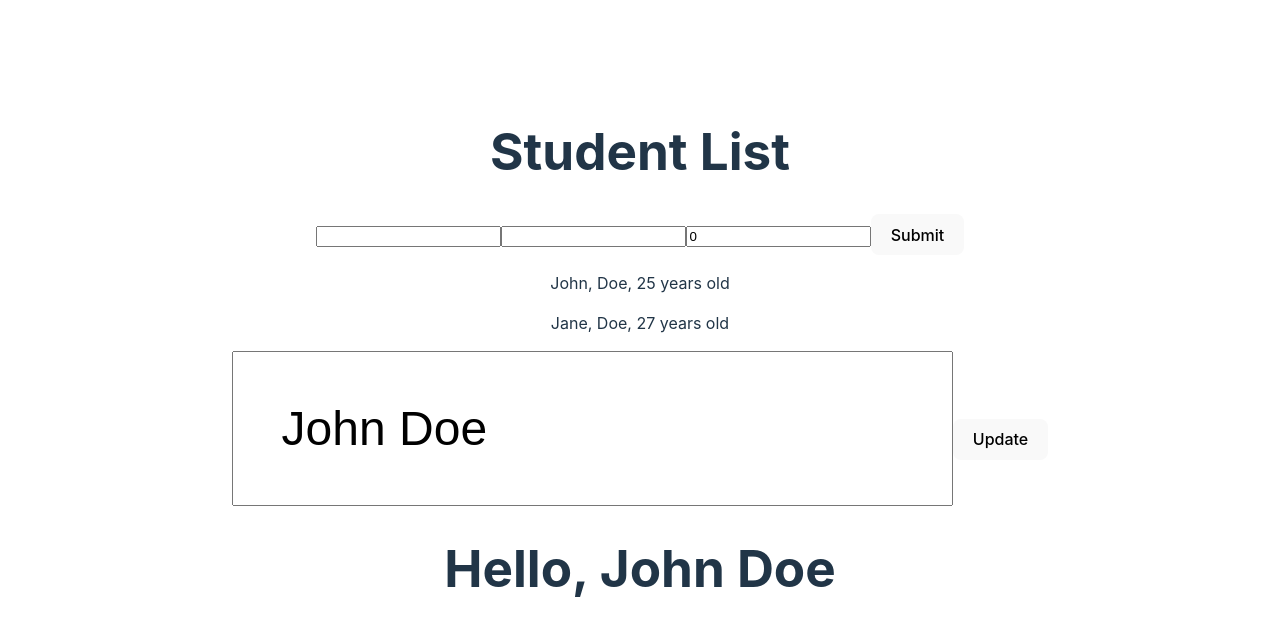
Repository: Jennica1/FRONT_END_WEEK06
Page: / (app in react/)
An editor plug-in stored every save of this project. The page is shown before and after the next save, followed by the edit.
The browser window is 1280 px wide. The pictures show the whole page.
The project was rebuilt for these pictures with package versions that can differ from the ones it lists, and the page was loaded fresh each time. Also part of the build but not shown: react/vite.config.js.

Above is the page before, as saved 2024-10-10 10:51:53.

After the next save:
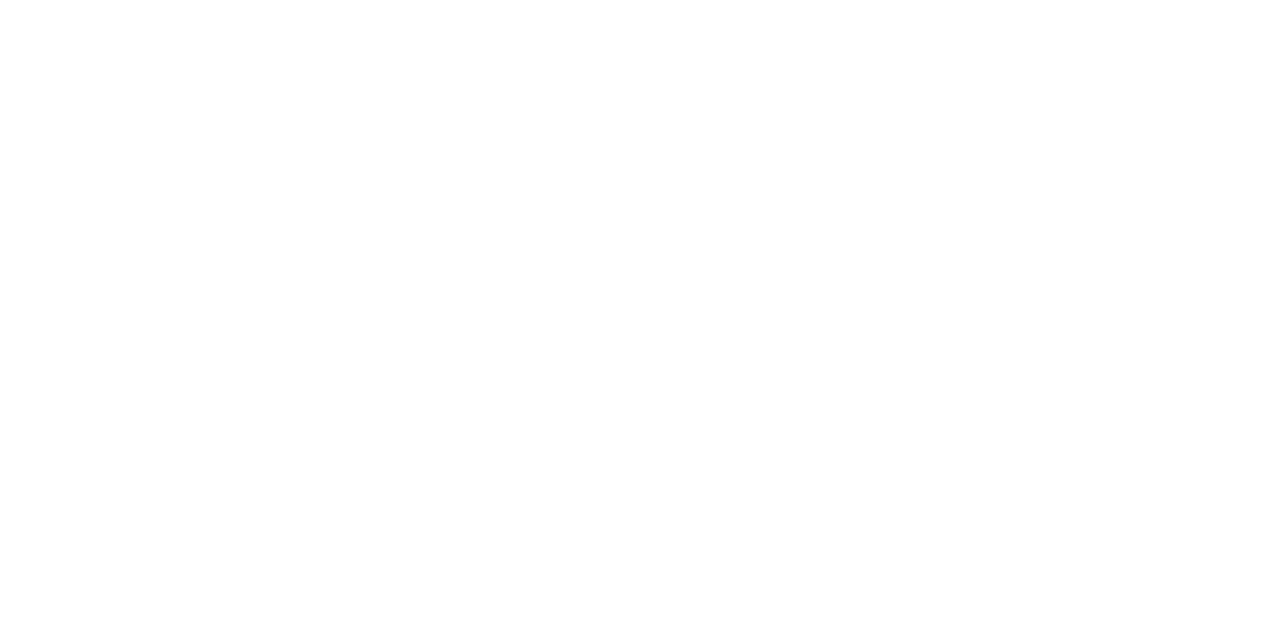
Console error: ReferenceError: TaskForm is not defined
Saved 15 s later.
--- a/react/src/App.jsx
+++ b/react/src/App.jsx
@@ -1,7 +1,8 @@
 import { useState } from 'react'
 import reactLogo from './assets/react.svg'
 import viteLogo from '/vite.svg'
-import TaskForm from './components/TaskForm';
+import './App.css'
+
 
 function App() {
 

After the 2 saves that followed:
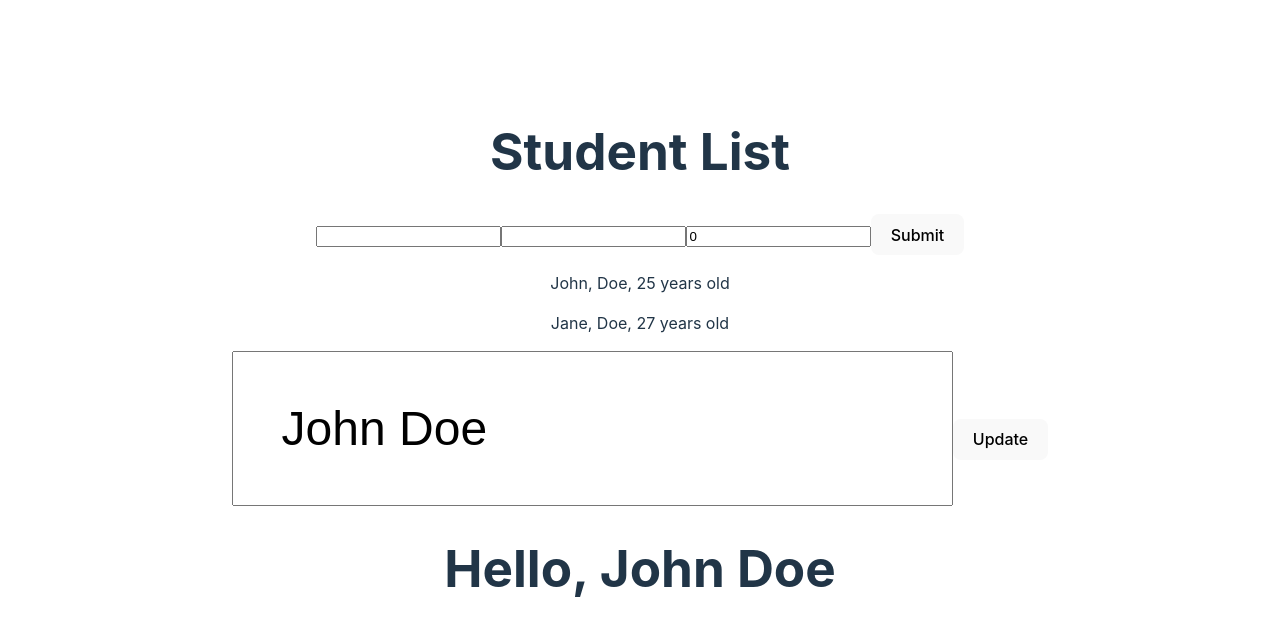
The error is gone.
The 2 saves are shown as one change because 1 left the picture as it was.
The last was saved 24 s later.
--- a/react/src/App.jsx
+++ b/react/src/App.jsx
@@ -1,5 +1,6 @@
 import { useState } from 'react'
 import reactLogo from './assets/react.svg'
+import TaskForm from './components/TaskForm';
 import viteLogo from '/vite.svg'
 import './App.css'
 
